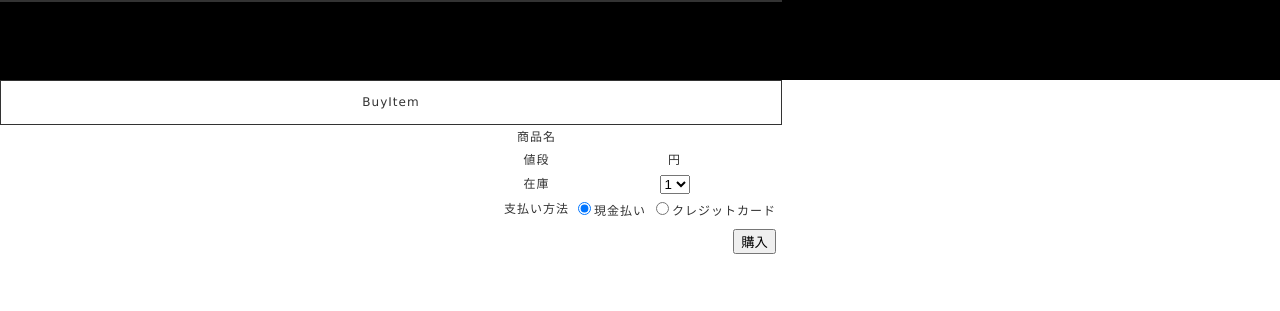
Repository: cha-git/ecsite
Page: http://localhost/template/buyItem.jsp
An editor plug-in stored every save of this project. The page is shown before and after the next save, followed by the edit.
The browser window is 1280 px wide. The pictures show the whole page.
The page is served by Tomcat 9.

Above is the page before, as saved 2018-12-21 10:43:35.

After the next save:
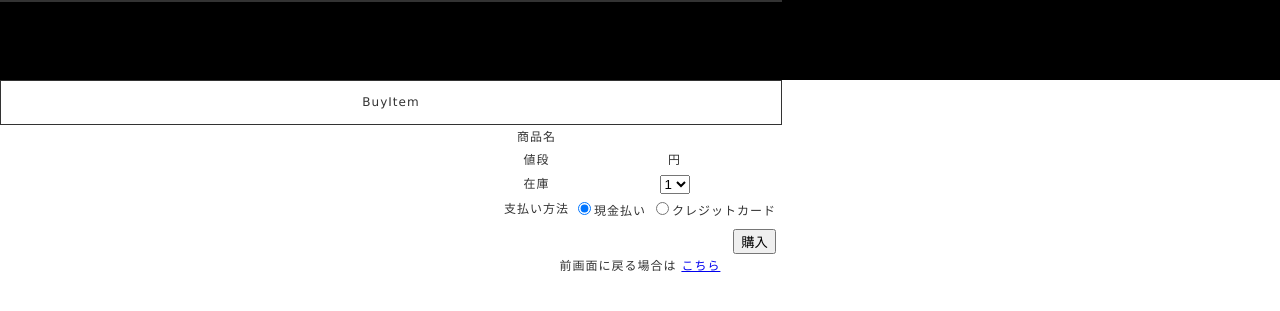
Saved 64 s later.
--- a/template/WebContent/buyItem.jsp
+++ b/template/WebContent/buyItem.jsp
@@ -115,6 +115,10 @@
 				</tr>
 			</table>
 		</s:form>
+			<div>
+				<span>前画面に戻る場合は</span>
+				<a href='<s:url action="HomeAction" />'>こちら</a>
+			</div>
 		</div>
 	</div>
 </body>
